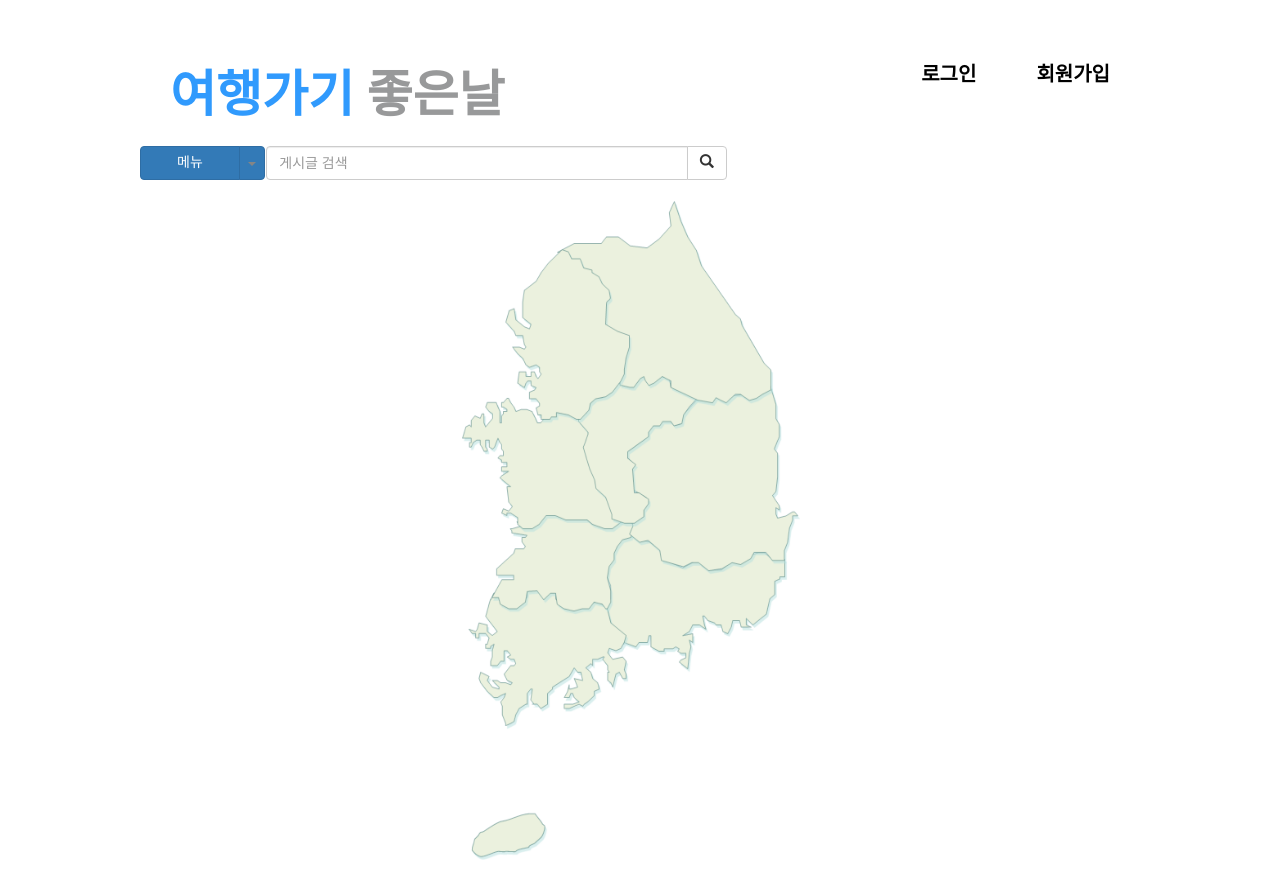
Repository: Hotmintchoco/teamProject1
Page: http://localhost/tripProject/mypage.jsp
An editor plug-in stored every save of this project. The page is shown before and after the next save, followed by the edit.
The browser window is 1280 px wide. The pictures show the whole page.
Some web fonts or font styles are not loaded; a fallback is used. The page is served by Tomcat 9. Nobody is signed in. The application's start-up code is not run. Other server files are loaded and not shown.

Above is the page before, as saved 2022-07-02 11:47:59.

### tripProject/src/main/webapp/mypage.jsp
<%@ page language="java" contentType="text/html; charset=UTF-8"
    pageEncoding="UTF-8"%>
<!DOCTYPE html>
<html>
<head>
<meta charset="UTF-8">
    <meta name="viewport" content="width=device-width, initial-scale=1.0">
    <title>여행가기 좋은날</title>
    <link rel="preconnect" href="https://fonts.googleapis.com">
	<link rel="preconnect" href="https://fonts.gstatic.com" crossorigin>
	<link href="https://fonts.googleapis.com/css2?family=Gugi&display=swap" rel="stylesheet">
    <link rel="stylesheet" href="fontawesome/css/all.min.css"> <!-- https://fontawesome.com/ -->
    <link rel="stylesheet" href="css/magnific-popup.css">
    <link rel="stylesheet" href="css/templatemo-ocean-vibes.css">
    <link rel="stylesheet" href="https://maxcdn.bootstrapcdn.com/bootstrap/3.4.1/css/bootstrap.min.css">
    <script src="https://ajax.googleapis.com/ajax/libs/jquery/3.6.0/jquery.min.js"></script>
  	<script src="https://maxcdn.bootstrapcdn.com/bootstrap/3.4.1/js/bootstrap.min.js"></script>

    <style>
    	* {font-family: 'Gugi', cursive}
        ul,ol.li {list-style: none; margin: 0; padding: 0;}
        nav {width: 1000px; height: 50px; margin:0 auto;}
	    nav > ul > li > a {float: right; color: black; font-size: 20px;
            text-decoration: none; margin: 0px 30px 0 30px;
            font-weight: bold;}
        #slider {width: 1000px; height: 700px; margin: 0 auto;}
        #slider > img {margin-left: 250px;}
        .tm-mt-0 {float: left; font-size: 50px;}
        #menubar {width: 1000px; margin: 0 auto;}
    </style>
</head>
<body>
    <header class="tm-site-header">
        <div>
            <nav>
                <ul>
                    <li><a href="#">회원가입</a></li>
                    <li><a href="#">로그인</a></li>
                    <li><a href="mypage.jsp" class="tm-mt-0 tm-mb-15"><span class="tm-color-primary">여행가기</span> <span class="tm-color-gray-2">좋은날</span></a></li>
                </ul>
            </nav>
        </div>
    </header>
    <div id="menubar">
		<table style="width: 100%;">
			<tbody>
				<tr style="width: 100%; float: right;">
					<td style="width: 17%;">
						<div class="btn-group">
							<button type="button" class="btn btn-primary" style="width:100px;">메뉴</button>
							<button type="button" class="btn btn-primary dropdown-toggle"
								data-toggle="dropdown">
								<span class="caret"></span>
							</button>
							<ul class="dropdown-menu" role="menu">
								<li><a href="#">코스</a></li>
								<li><a href="#">축제</a></li>
								<li><a href="#">이벤트</a></li>
							</ul>
						</div>
					</td>
					<td style="width: 62%;">
					<form action="memberForm.jsp">
						<div class="input-group">
							<input type="text" class="form-control" name="search"
								placeholder="게시글 검색">
							<div class="input-group-btn">
								<button class="btn btn-default" type="submit">
									<i class="glyphicon glyphicon-search"></i>
								</button>
							</div>
						</div>
					</form>
					</td>
					<td style="width: 20%;"></td>
				</tr>
			</tbody>
		</table>
    </div>

	<div id="slider">
        <img src="img/koreaMap2.png" alt="Map" width="450px" height="700px">
    </div>

    <script src="js/jquery-3.4.1.min.js"></script>
    <script src="js/imagesloaded.pkgd.min.js"></script>
    <script src="js/isotope.pkgd.min.js"></script>
    <script src="js/jquery.magnific-popup.min.js"></script>
    <script src="js/templatemo-script.js"></script>
</body>
</html>

### tripProject/src/main/webapp/css/templatemo-ocean-vibes.css
/*

TemplateMo 554 Ocean Vibes

https://templatemo.com/tm-554-ocean-vibes

*/

html { overflow-x: hidden; }

body {
    font-family: 'Source Sans Pro', sans-serif;
    font-size: 19px;
    line-height: 1.8em;
    overflow-x: hidden;
}

p, span, em, a, address { color: #848586; }
h2, p {
    margin-top: 0;
}

a:hover, a.active { color: #309AFD; }

.tm-btn {
    padding: 10px 40px;
    color: white;
    background-color: #3299CD;
    display: inline-block;
    border: none;
    cursor: pointer;
    font-size: 1.2rem;
    transition: all 0.3s ease;
}

button.tm-btn {
    padding: 15px 40px;
}

.tm-btn:hover {
    color: white;
    background-color: #49b4e9;
}

h1 { font-size: 3rem; }
em { display: block; }
div { box-sizing: border-box;}
.tm-mt-35 { margin-top: 35px; }
.tm-mb-0 { margin-bottom: 0; }
.tm-mb-15 { margin-bottom: 15px; }
.tm-mb-30 { margin-bottom: 30px; }
.tm-mb-40 { margin-bottom: 40px; }
.tm-mb-50 { margin-bottom: 50px; }
.tm-mb-80 { margin-bottom: 80px; }
.tm-text-center { text-align: center; }
.tm-text-right { text-align: right; }
.tm-color-primary { color: #309AFD; }
.tm-color-gray { color: #666768; }
.tm-color-gray-2 { color: #98999A; }
.tm-color-light-gray { color: #9E9FA0; }
.tm-bg-white { background-color: #FFF; }
.tm-bg-gray { background-color: #F1F2F3; }
blockquote { margin: 0 0 30px 10px; }
img { max-width: 100%; }
.tm-page-title { font-size: 30px; }

body, ul {
    margin: 0;
    padding: 0;
}

a {
    text-decoration: none;
    transition: all 0.3s ease;
}

.tm-mt-0 { margin-top: 0; }

.tm-site-header {
    padding: 60px 70px 30px;
}

.tm-tagline {
    font-size: 1.5rem;
    margin-left: 130px;
}

#tm-video-container {
    max-height: 400px;
    overflow: hidden;
    background-color: #333;
    margin-bottom: 90px;
    position: relative;
}

#tm-video {
    width: 100%;
    height: auto;
}

#tm-video-control-button {
    position: absolute;
    bottom: 20px;
    right: 20px;
    z-index: 1000;
    color: #e1e1e1;
}

.tm-nav-item {
    list-style: none;
    margin: 22px;
}

.tm-nav-link {
    display: flex;
    align-items: center;
    flex-direction: column;
    width: 200px;
    height: 200px;
    padding: 30px;
    border: 1px solid #D2D3D4;
    color: #999;
    box-sizing: border-box;
}

.tm-nav-link:hover,
.tm-nav-link.active {
    color: #309AFD;
}

.tm-nav-link i {
    margin-top: 30px;
    color: #309AFD;
}

.tm-main-nav ul {
    display: flex;
    flex-wrap: wrap;
    margin-left: auto;
    margin-right: auto;
}

.tm-container {
    max-width: 1254px;
    padding-left: 15px;
    padding-right: 15px;
    margin: 0 auto 135px;
}

.tm-footer {
    display: flex;
    justify-content: space-between;
    padding: 25px;
    font-size: 0.9em;
}

.tm-close-popup {
    text-align: right;
    display: block;
}

.tm-close-popup i {
    margin-left: 10px;
    margin-right: 10px;
}

.tm-row {
    display: flex;
}

.tm-col-6 {
    flex: 0 0 50%;
}

.tm-intro-pad {
    padding: 40px 55px 50px;
}

.tm-intro-col-l {
    margin-right: 40px;
}

/* text-based popup styling */
.popup {
    position: relative;
    padding: 12px 10px 35px;
    width:auto;
    max-width: 1200px;
    margin: 0 auto;
}

/*

====== Move-from-top effect ======

*/
.mfp-move-from-top .mfp-with-anim {
    opacity: 0;
    transition: all 0.2s;
    transform: translateY(-100px);
}
.mfp-move-from-top.mfp-bg {
    opacity: 0;
    transition: all 0.2s;
}
.mfp-move-from-top.mfp-ready .mfp-with-anim {
    opacity: 1;
    transform: translateY(0);
}
.mfp-move-from-top.mfp-ready.mfp-bg {
    opacity: 0.8;
}
.mfp-move-from-top.mfp-removing .mfp-with-anim {
    transform: translateY(-50px);
    opacity: 0;
}
.mfp-move-from-top.mfp-removing.mfp-bg {
    opacity: 0;
}

button.mfp-arrow {
    display: none;
}

/* Intro */
.tm-intro-img {
    max-width: 300px;
    max-height: 600px;
}

/* Gallery */
.tm-gallery {
    flex: 0 0 68%;
    margin: 0 20px;
}

.tm-gallery-container {
    position: relative;
    max-width: 800px;
    margin: 0 -10px;
	list-style: none;
    text-align: center;
}

.tm-paging {
    overflow: auto;
    margin-top: 25px;
}

.tm-paging li {
    list-style: none;
}

.tm-paging-link {
    display: flex;
    float: left;
    width: 40px;
    height: 40px;
    align-items: center;
    justify-content: center;
    background: white;
    color: #999;
    margin-right: 15px;
    margin-bottom: 15px;
}

a.tm-paging-link.active,
a.tm-paging-link:hover {
    background: #309AFD;
    color: white;
}

.tm-gallery-right {
    flex: 0 0 26%;
    margin-left: 15px;
}

.tm-gallery-links {
    margin-left: 35px;
    margin-bottom: 55px;
}

.tm-gallery-links li {
    list-style: none;
    margin-bottom: 20px;
}

.tm-gallery-link-icon {
    display: inline-block;
    width: 30px;
}

.tm-gallery-item {
    overflow: hidden;
    margin: 15px 10px;
    min-width: 180px;
    max-width: 180px;
    max-height: 240px;
    width: 25%;
    background: #3085a3;
    text-align: center;
    cursor: pointer;
}

.tm-gallery-container figure img {
    position: relative;
    display: block;
    min-height: 100%;
    max-width: 100%;
    opacity: 0.9;
}

.tm-gallery-container figure figcaption {
	padding: 2em;
	color: #fff;
	text-transform: uppercase;
	font-size: 1.25em;
	-webkit-backface-visibility: hidden;
	backface-visibility: hidden;
}

.tm-gallery-container figure figcaption::before,
.tm-gallery-container figure figcaption::after {
	pointer-events: none;
}

.tm-gallery-container figure figcaption,
.tm-gallery-container figure figcaption > a {
	position: absolute;
	top: 0;
	left: 0;
	width: 100%;
	height: 100%;
}

/* Anchor will cover the whole item by default */
/* For some effects it will show as a button */
.tm-gallery-container figure h2 {
	word-spacing: -0.15em;
	font-weight: 300;
}

.tm-gallery-container figure h2 span {
	font-weight: 800;
}

.tm-gallery-container figure h2,
.tm-gallery-container figure p {
	margin: 0;
}

.tm-gallery-container figure p {
	letter-spacing: 1px;
	font-size: 68.5%;
}

/*---------------*/
/***** Chico *****/
/*---------------*/

figure.effect-chico img {
	-webkit-transition: opacity 0.35s, -webkit-transform 0.35s;
	transition: opacity 0.35s, transform 0.35s;
	-webkit-transform: scale(1.12);
	transform: scale(1.12);
}

figure.effect-chico:hover img {
	opacity: 0.5;
	-webkit-transform: scale(1);
	transform: scale(1);
}

figure.effect-chico figcaption {
    padding: 1em;
    box-sizing: border-box;
    display: flex;
    align-items: center;
}

figure.effect-chico figcaption::before {
	position: absolute;
	top: 15px;
	right: 15px;
	bottom: 15px;
	left: 15px;
	border: 1px solid #fff;
	content: '';
	-webkit-transform: scale(1.1);
	transform: scale(1.1);
}

figure.effect-chico figcaption::before,
figure.effect-chico p {
	opacity: 0;
	-webkit-transition: opacity 0.35s, -webkit-transform 0.35s;
	transition: opacity 0.35s, transform 0.35s;
}

figure.effect-chico h2 {
	padding: 20% 0 20px 0;
}

figure.effect-chico p {
    color: white;
	margin: 0 auto;
	max-width: 200px;
	-webkit-transform: scale(1.5);
	transform: scale(1.5);
}

figure.effect-chico:hover figcaption::before,
figure.effect-chico:hover p {
	opacity: 1;
	-webkit-transform: scale(1);
	transform: scale(1);
}

/* Testimonials */
.tm-testimonials-inner {
    padding: 0 20px 30px;
}

.tm-testimonial-col {
    flex: 0 0 33.3334%;
    padding-left: 20px;
    padding-right: 20px;
}

/* About */
.mapouter{
    position:relative;
    height:250px;
    width:100%;
}

.gmap_canvas {
    overflow:hidden;
    background:none!important;
    height:250px;
    width:100%;
}
.tm-contact-row {
    max-width: 1045px;
}
.tm-about-col {
    margin-left: 40px;
    margin-right: 40px;
    max-width: 500px;
}

/* Contact */
#contact {
    padding-bottom: 65px;
}
.tm-contact-col {
    flex: 0 0 50%;
    padding-left: 40px;
}

.tm-contact-col-r {
    padding-left: 0;
    padding-right: 30px;
}

.tm-contact-form {
    max-width: 350px;
    margin-left: 40px;
    margin-right: 40px;
}

.form-control {
    font-family: 'Source Sans Pro', sans-serif;
    font-size: 1.2rem;
    border: 1px solid #D5D6D7;
    box-sizing: border-box;
    padding: 15px;
    width: 100%;
}

.form-group {
    margin-bottom: 25px;
}

select:not([multiple]) {
    -webkit-appearance: none;
    -moz-appearance: none;
    background-position: right 15px center;
    background-repeat: no-repeat;
    background-image: url(../img/select-arrow.png);
    padding: 14px 20px;
    padding-right: 20px;
    color: #666;
}

.tm-contact-links li {
    list-style: none;
    margin-bottom: 10px;
}

.tm-contact-link-icon {
    margin-right: 15px;
}

address {
    font-style: normal;
}

@media (max-width: 850px) {
    .tm-contact-row {
        flex-direction: column;
    }

    .tm-contact-col {
        flex: 0 0 100%;
        max-width: 100%;
        padding-left: 30px;
        padding-right: 30px;
    }

    .tm-contact-form {
        max-width: 100%;
        margin-left: 0;
        margin-right: 0;
        margin-bottom: 50px;
    }
}

@media (max-width: 700px) {
    .tm-about-row {
        flex-direction: column;
    }
    .tm-about-col {
        flex: 0 0 100%;
    }
}

@media (max-width: 1264px) {
    .tm-main-nav ul {
        max-width: 976px;
    }
}

@media (max-width: 1020px) {
    .tm-main-nav ul {
        max-width: 732px;
    }
}

@media (max-width: 776px) {
    .tm-main-nav ul {
        max-width: 488px;
    }
}

@media (max-width: 532px) {
    .tm-main-nav ul {
        max-width: 244px;
    }
}

@media (max-width: 992px) {
    .tm-testimonial-row {
        flex-wrap: wrap;
    }
    .tm-testimonial-col {
        flex: 100%;
        margin-bottom: 50px;
    }

    .tm-testimonial-col:last-child {
        margin-bottom: 0;
    }

    .tm-testimonial-col-2 {
        flex: 50%;
    }
}

@media (max-width: 635px) {
    .tm-testimonial-col-2 {
        flex: 100%;
    }
}

@media (max-width: 902px) {
    .tm-gallery {
        flex: 0 0 50%;
    }
    .tm-gallery-right {
        flex: 0 0 38%;
    }
}

@media (max-width: 805px) {
    .tm-gallery-row {
        flex-direction: column-reverse;
    }
    .tm-gallery {
        flex: 0 0 100%;
    }
    .tm-gallery-right {
        flex: 0 0 100%;
        margin-left: 20px;
        margin-right: 20px;
    }

    .tm-gallery-right-inner {
        display: flex;
        flex-direction: column-reverse;
    }

    .tm-gallery-links {
        display: flex;
        flex-wrap: wrap;
        margin-top: 20px;
        margin-bottom: 0;
        margin-left: 0;
    }

    .tm-gallery-links li {
        margin-right: 20px;
    }
}

@media (max-width: 850px) {
    .tm-content-row {
        flex-direction: column;
    }

    .tm-intro-col-l {
        margin-right: 0;
    }
}

@media (max-width: 650px) {
    .tm-intro-row {
        flex-direction: column;
    }

    .tm-intro-img {
        max-width: 100%;
        max-height: none;
    }
}

@media (max-width: 540px) {
    .tm-footer {
        flex-direction: column;
        align-items: center;
    }
}

@media (max-width: 558px) {
    .tm-site-header {
        padding-left: 30px;
        padding-right: 30px;
    }

    .tm-tagline {
        margin-left: 30px;
    }
}

Loaded but not shown: tripProject/src/main/webapp/fontawesome/css/all.min.css (library); tripProject/src/main/webapp/css/magnific-popup.css (library); tripProject/src/main/webapp/js/jquery-3.4.1.min.js (library); tripProject/src/main/webapp/js/imagesloaded.pkgd.min.js (library); tripProject/src/main/webapp/js/isotope.pkgd.min.js (library); tripProject/src/main/webapp/js/jquery.magnific-popup.min.js (library); tripProject/src/main/webapp/js/templatemo-script.js (272 lines, source omitted)

After the next save:
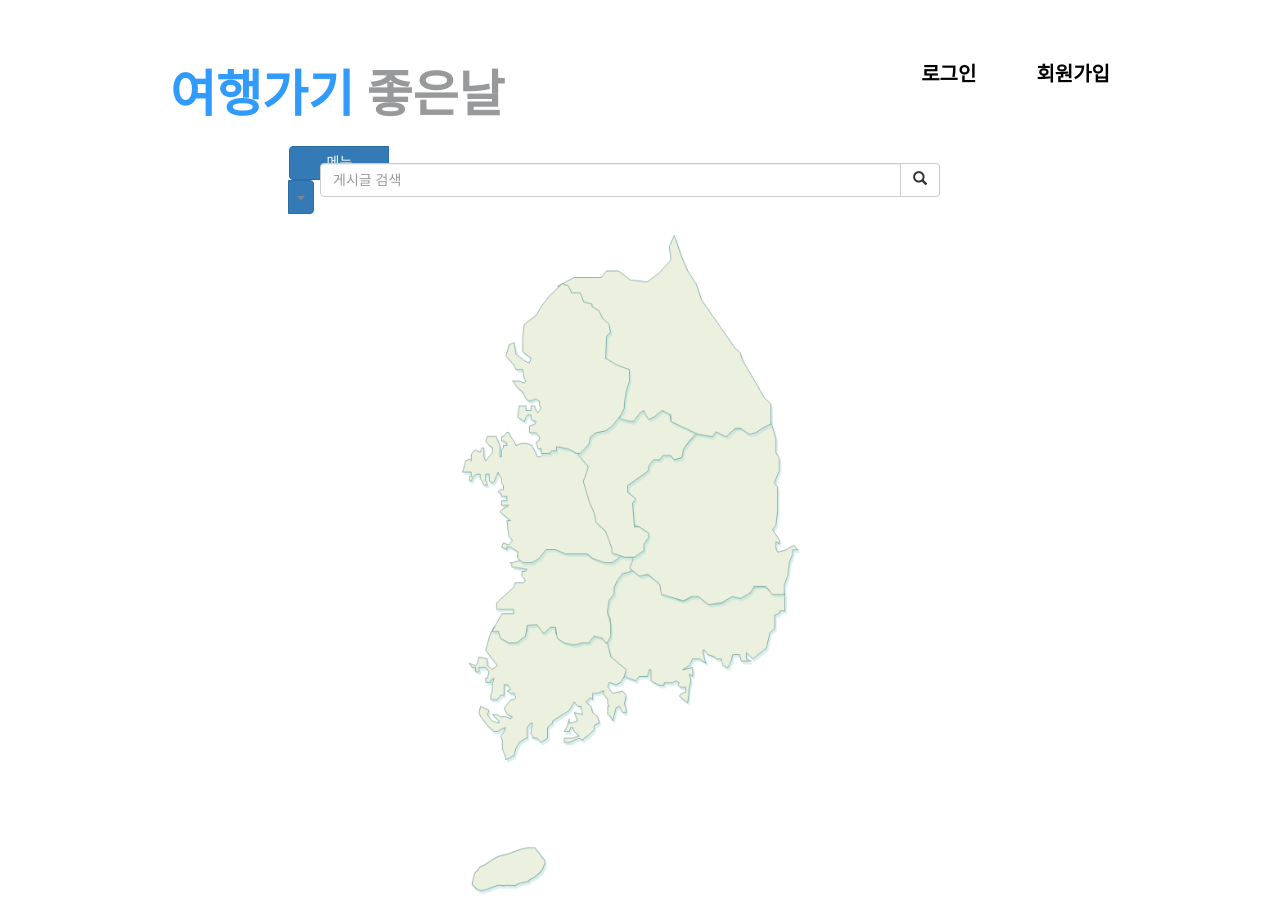
Saved 25 s later.
--- a/tripProject/src/main/webapp/mypage.jsp
+++ b/tripProject/src/main/webapp/mypage.jsp
@@ -44,8 +44,8 @@
     <div id="menubar">
 		<table style="width: 100%;">
 			<tbody>
-				<tr style="width: 100%; float: right;">
-					<td style="width: 17%;">
+				<tr style="width: 100%;">
+					<td style="width: 17%; float: right;">
 						<div class="btn-group">
 							<button type="button" class="btn btn-primary" style="width:100px;">메뉴</button>
 							<button type="button" class="btn btn-primary dropdown-toggle"

After the save that followed:
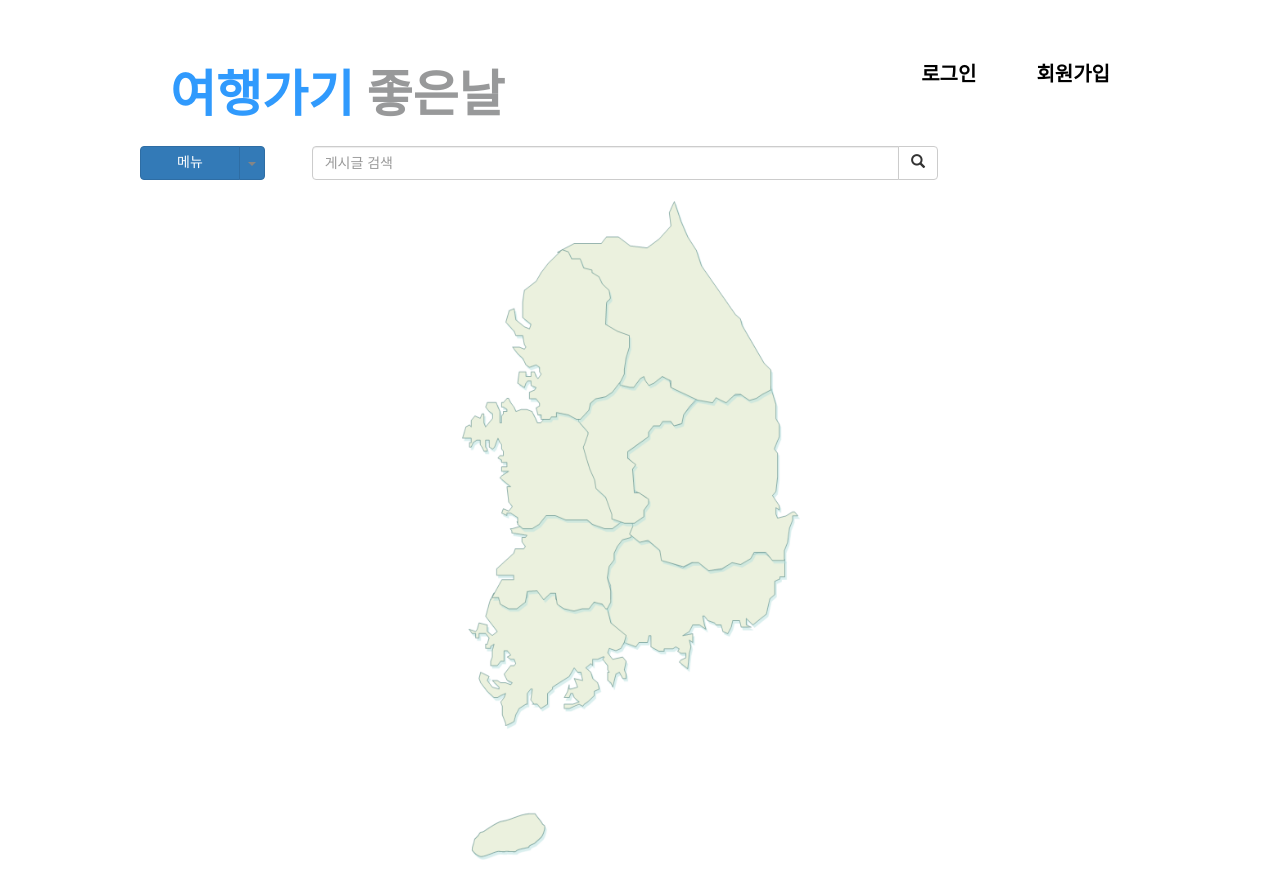
Saved 11 s later.
--- a/tripProject/src/main/webapp/mypage.jsp
+++ b/tripProject/src/main/webapp/mypage.jsp
@@ -45,7 +45,7 @@
 		<table style="width: 100%;">
 			<tbody>
 				<tr style="width: 100%;">
-					<td style="width: 17%; float: right;">
+					<td style="width: 17%;">
 						<div class="btn-group">
 							<button type="button" class="btn btn-primary" style="width:100px;">메뉴</button>
 							<button type="button" class="btn btn-primary dropdown-toggle"
